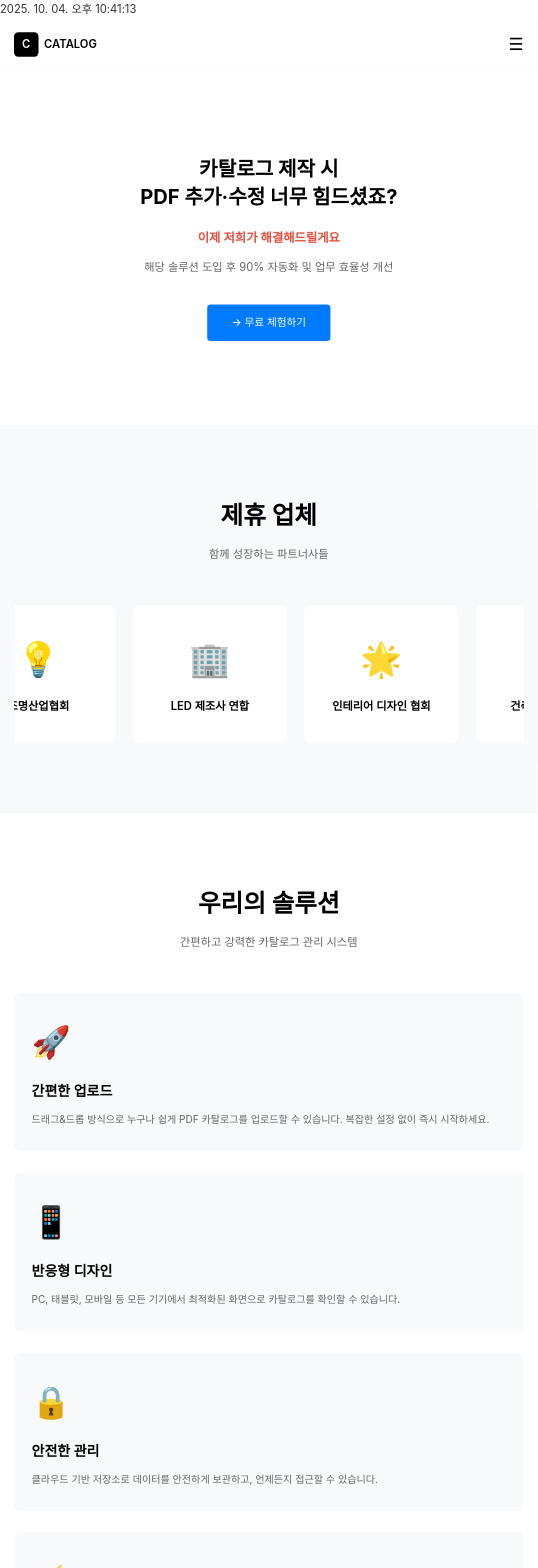
Repository: ororso11/catamaster
Page: index.html
These files come from the project's save history. The page is drawn as it stood at one moment and after the next save; the edit follows.
The browser window is 768 px wide. The pictures show the part of the page from y = 0 to 2240 px (the page is 3450 px tall), at 70% of full size.

Above is the page before, as saved 2025-10-04 23:26:58.

After the next save:
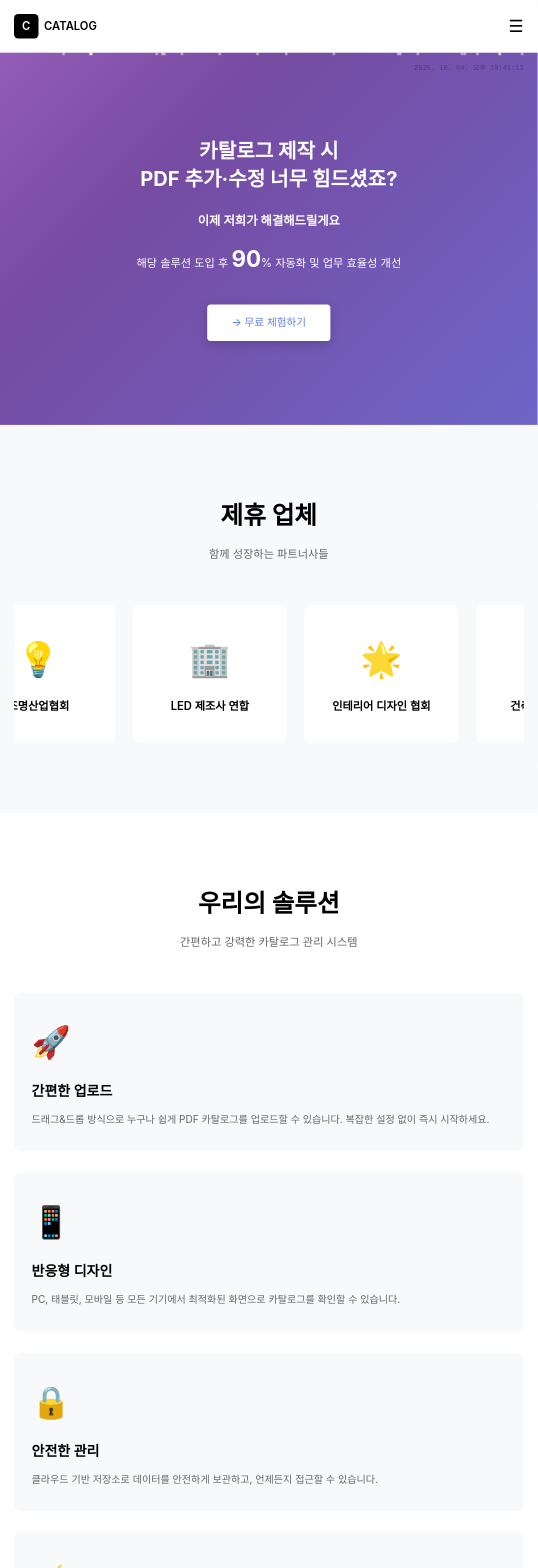
Saved 5 s later.
--- a/style.css
+++ b/style.css
@@ -9,6 +9,29 @@ body {
     color: #333;
     line-height: 1.6;
     overflow-x: hidden;
+}
+
+/* 스크롤 진행 바 */
+.progress-line {
+    position: fixed;
+    top: 0;
+    left: 0;
+    height: 3px;
+    background: linear-gradient(to right, #667eea, #764ba2);
+    width: 0%;
+    transition: width 0.3s ease;
+    z-index: 9999;
+}
+
+/* 실시간 시계 */
+.time-indicator {
+    position: fixed;
+    top: 90px;
+    right: 20px;
+    font-size: 12px;
+    color: rgba(0, 0, 0, 0.3);
+    font-family: monospace;
+    z-index: 1000;
 }
 
 /* Header */
@@ -69,14 +92,6 @@ nav a:hover {
     color: #666;
 }
 
-.contact-btn {
-    background: #000;
-    color: white !important;
-    padding: 8px 20px;
-    border-radius: 5px;
-    font-weight: 500;
-}
-
 .mobile-menu-btn {
     display: none;
     background: none;
@@ -85,57 +100,138 @@ nav a:hover {
     cursor: pointer;
 }
 
-/* Hero Section */
+/* Hero Section - 시간 효과 */
 .hero {
-    background: white;
+    background: linear-gradient(-45deg, #667eea, #764ba2, #f093fb, #667eea);
+    background-size: 400% 400%;
+    animation: gradientShift 15s ease infinite;
     padding: 120px 20px;
     text-align: center;
+    position: relative;
+    overflow: hidden;
+}
+
+@keyframes gradientShift {
+    0% { background-position: 0% 50%; }
+    50% { background-position: 100% 50%; }
+    100% { background-position: 0% 50%; }
 }
 
 .hero-content {
     max-width: 800px;
     margin: 0 auto;
+    position: relative;
+    z-index: 2;
 }
 
 .hero h1 {
     font-size: 2.8rem;
     font-weight: 700;
     margin-bottom: 25px;
-    color: #000;
+    color: white;
     line-height: 1.4;
+    opacity: 0;
+    animation: fadeInUp 1.2s ease 0.2s forwards;
 }
 
 .hero .subtitle {
     font-size: 1.1rem;
-    color: #e74c3c;
+    color: white;
     margin-bottom: 15px;
     font-weight: 600;
+    opacity: 0;
+    animation: fadeInUp 1.2s ease 0.5s forwards;
 }
 
 .hero .description {
     font-size: 1rem;
-    color: #666;
+    color: white;
     margin-bottom: 40px;
+    opacity: 0;
+    animation: fadeInUp 1.2s ease 0.8s forwards;
+}
+
+.hero .cta-button {
+    opacity: 0;
+    animation: fadeInUp 1.2s ease 1.1s forwards;
+}
+
+@keyframes fadeInUp {
+    from {
+        opacity: 0;
+        transform: translateY(30px);
+    }
+    to {
+        opacity: 1;
+        transform: translateY(0);
+    }
 }
 
 .cta-button {
     display: inline-block;
     padding: 14px 35px;
-    background: #007bff;
-    color: white;
+    background: white;
+    color: #667eea;
     text-decoration: none;
     border-radius: 5px;
     font-weight: 500;
     font-size: 0.95rem;
-    transition: background 0.3s;
+    transition: all 0.3s;
+    box-shadow: 0 4px 15px rgba(0,0,0,0.2);
 }
 
 .cta-button:hover {
-    background: #0056b3;
+    background: #f0f0f0;
+    transform: translateY(-2px);
+    box-shadow: 0 6px 20px rgba(0,0,0,0.3);
 }
 
 .cta-button::before {
     content: '→ ';
+}
+
+/* 숫자 카운터 */
+.counter {
+    font-size: 3rem;
+    font-weight: bold;
+    color: white;
+    display: inline-block;
+}
+
+/* 떠다니는 입자 */
+.particles {
+    position: absolute;
+    top: 0;
+    left: 0;
+    width: 100%;
+    height: 100%;
+    z-index: 1;
+}
+
+.particle {
+    position: absolute;
+    width: 4px;
+    height: 4px;
+    background: rgba(255, 255, 255, 0.6);
+    border-radius: 50%;
+    animation: float 20s infinite linear;
+}
+
+@keyframes float {
+    0% {
+        transform: translateY(100vh) translateX(0) rotate(0deg);
+        opacity: 0;
+    }
+    10% {
+        opacity: 1;
+    }
+    90% {
+        opacity: 1;
+    }
+    100% {
+        transform: translateY(-100px) translateX(100px) rotate(360deg);
+        opacity: 0;
+    }
 }
 
 /* Partners Section */
@@ -198,6 +294,7 @@ nav a:hover {
 
 .partner-card:hover {
     box-shadow: 0 5px 20px rgba(0,0,0,0.1);
+    transform: translateY(-5px);
 }
 
 .partner-logo {
@@ -234,6 +331,7 @@ nav a:hover {
 
 .solution-card:hover {
     background: #e9ecef;
+    transform: translateY(-5px);
 }
 
 .solution-icon {
@@ -336,6 +434,10 @@ footer {
         font-size: 1.8rem;
     }
 
+    .counter {
+        font-size: 2rem;
+    }
+
     .solutions-grid {
         grid-template-columns: 1fr;
     }
@@ -347,4 +449,8 @@ footer {
     .company-badge {
         display: none;
     }
-}
+
+    .time-indicator {
+        font-size: 10px;
+    }
+}
